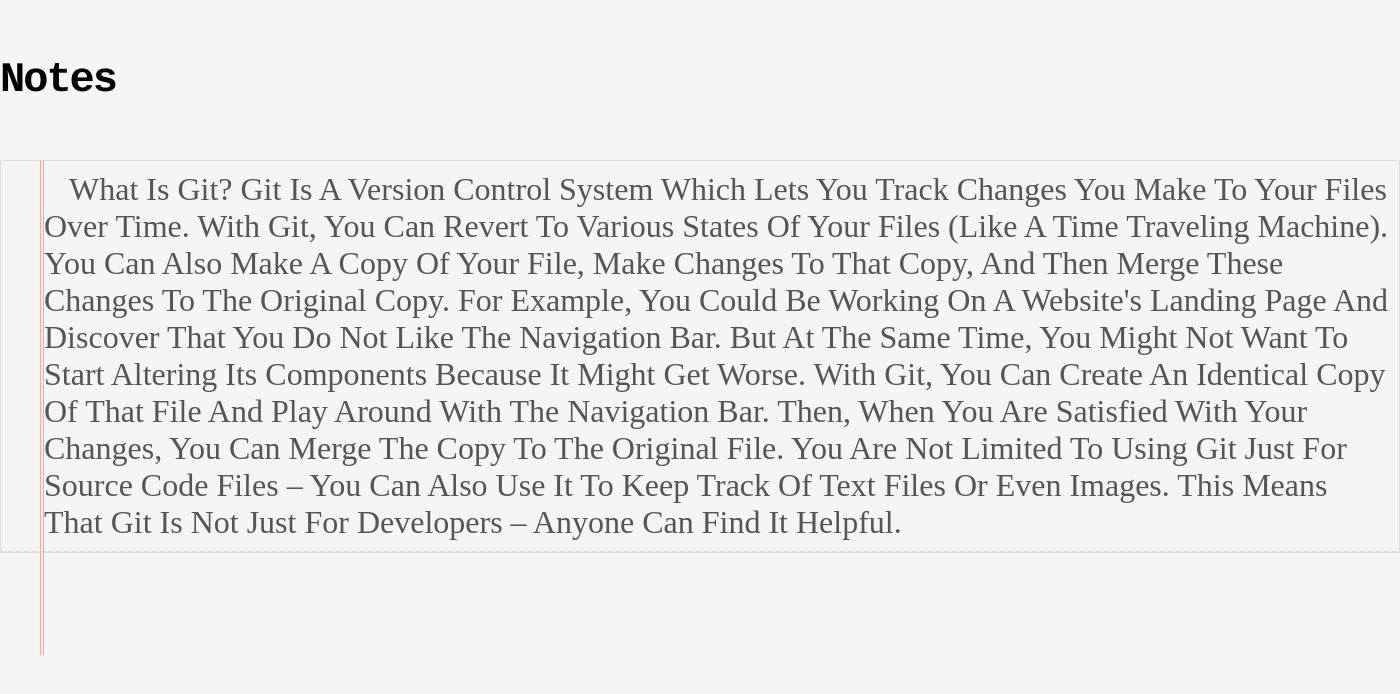
Repository: dev-singh-kanyal/Archive-git_github
Page: src/what is git.html
An editor plug-in stored every save of this project. The page is shown before and after a run of saves, followed by the edit.
The browser window is 1280 px wide. The page is 1400 px wide, so the pictures cover 1400 px, including what lies to the right of the window. The pictures show the whole page.
Some web fonts or font styles are not loaded; a fallback is used.

Above is the page before, as saved 2022-06-24 16:21:57.

### src/what is git.html
<!DOCTYPE HTML>
<html>

<head>
   <meta charset="UTF-8">
   <title>CSS Theme: Notepad</title>
   <link rel="stylesheet" href="/src/style.css">
   <link href="https://fonts.googleapis.com/css2?family=Reenie+Beanie&display=swap" rel="stylesheet">
</head>

<body>

    <h4>Notes</h4>

    <div class="lines"></div>

    <ul class="list">
      <li>What is Git?
        Git is a version control system which lets you track changes you make to your files over time. With Git, you can revert to various states of your files (like a time traveling machine). You can also make a copy of your file, make changes to that copy, and then merge these changes to the original copy.

        For example, you could be working on a website's landing page and discover that you do not like the navigation bar. But at the same time, you might not want to start altering its components because it might get worse.

        With Git, you can create an identical copy of that file and play around with the navigation bar. Then, when you are satisfied with your changes, you can merge the copy to the original file.

        You are not limited to using Git just for source code files – you can also use it to keep track of text files or even images. This means that Git is not just for developers – anyone can find it helpful.
    </ul>

</body>
</html>

### src/style.css
body {
    background-color: #f5f5f5;
    width: 1400px;
    margin: 0 auto;
    padding: 0;
  }
  h4 {
    color: #000000;
    font-size: 42px;
    letter-spacing: -2px;
    font-family: courier, monospace;
    text-align: left;
  }
  a {
    text-decoration: none;
    color: inherit;
  }
  .list {
    color: #555;
    /* font-size: 22px; */
    padding: 0 !important;
    width: auto;
    font-family: 'Reenie Beanie';
    font-size: 2rem;
    border: 1px solid #dedede;
  }
  .list li {
    list-style: none;
    border-bottom: 1px dotted #ccc;
    text-indent: 25px;
    height: auto;
    padding: 10px;
    text-transform: capitalize;
  }
  .list li:hover {
    background-color: #f0f0f0;
    -webkit-transition: all 0.2s;
    -moz-transition:    all 0.2s;
    -ms-transition:     all 0.2s;
    -o-transition:      all 0.2s;
  }
  .lines {
    border-left: 1px solid #ffaa9f;
    border-right: 1px solid #ffaa9f;
    width: 2px;
    float: left;
    height: 495px;
    margin-left: 40px;
  }

After the next 2 saves:
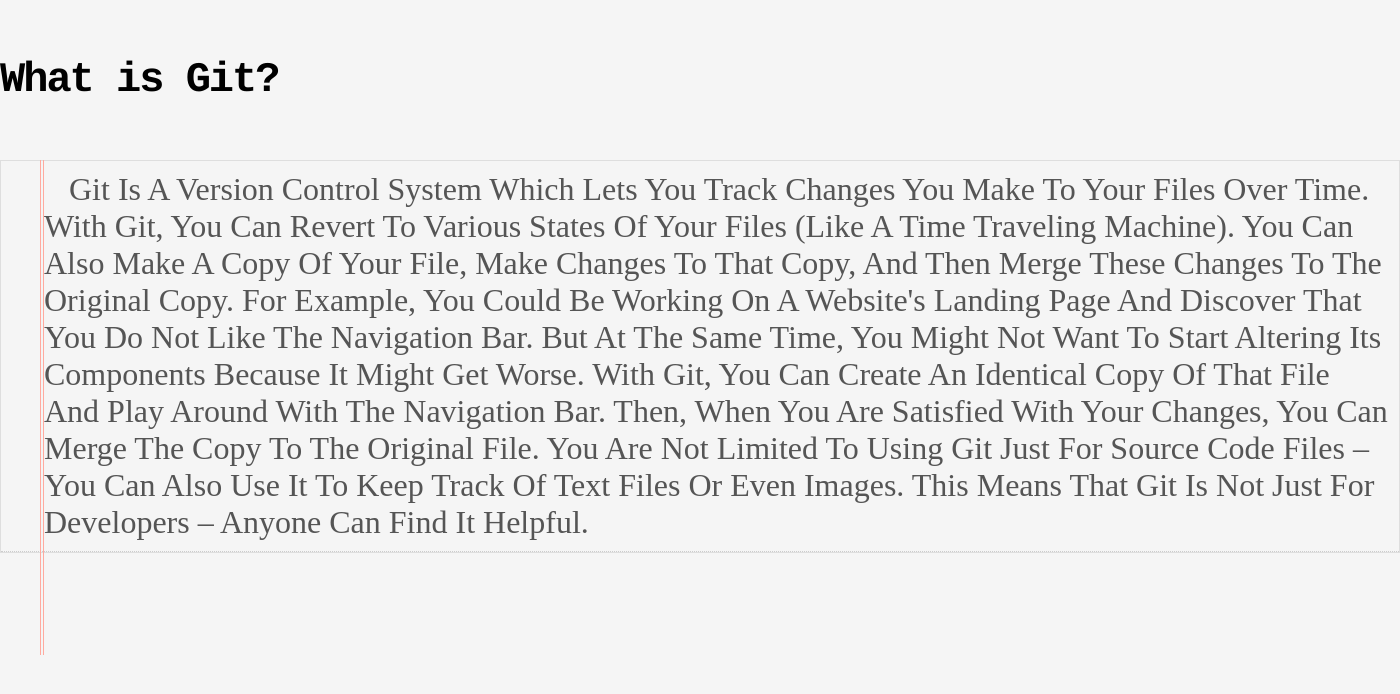
The 2 saves are shown as one change because they came seconds apart.
The last was saved 6 s later.
--- a/src/what is git.html
+++ b/src/what is git.html
@@ -10,12 +10,12 @@
 
 <body>
 
-    <h4>Notes</h4>
+    <h4>What is Git?</h4>
 
     <div class="lines"></div>
 
     <ul class="list">
-      <li>What is Git?
+      <li>
         Git is a version control system which lets you track changes you make to your files over time. With Git, you can revert to various states of your files (like a time traveling machine). You can also make a copy of your file, make changes to that copy, and then merge these changes to the original copy.
 
         For example, you could be working on a website's landing page and discover that you do not like the navigation bar. But at the same time, you might not want to start altering its components because it might get worse.
